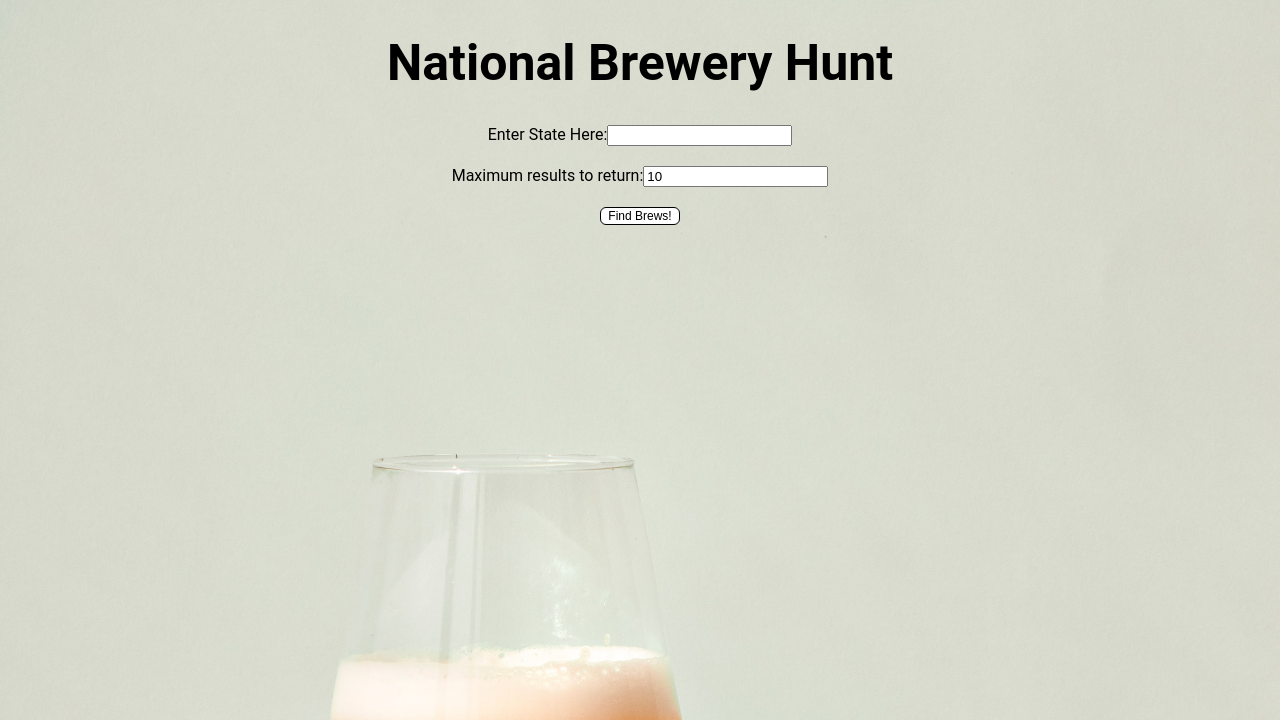
Repository: kaitlynMidori/searchBrews
Page: index.html
These files come from the project's save history. The page is drawn as it stood at one moment and after the next save; the edit follows.
The browser window is 1280 px wide. The pictures show the whole page.

Above is the page before, as saved 2021-04-24 11:48:51.

After the next save:
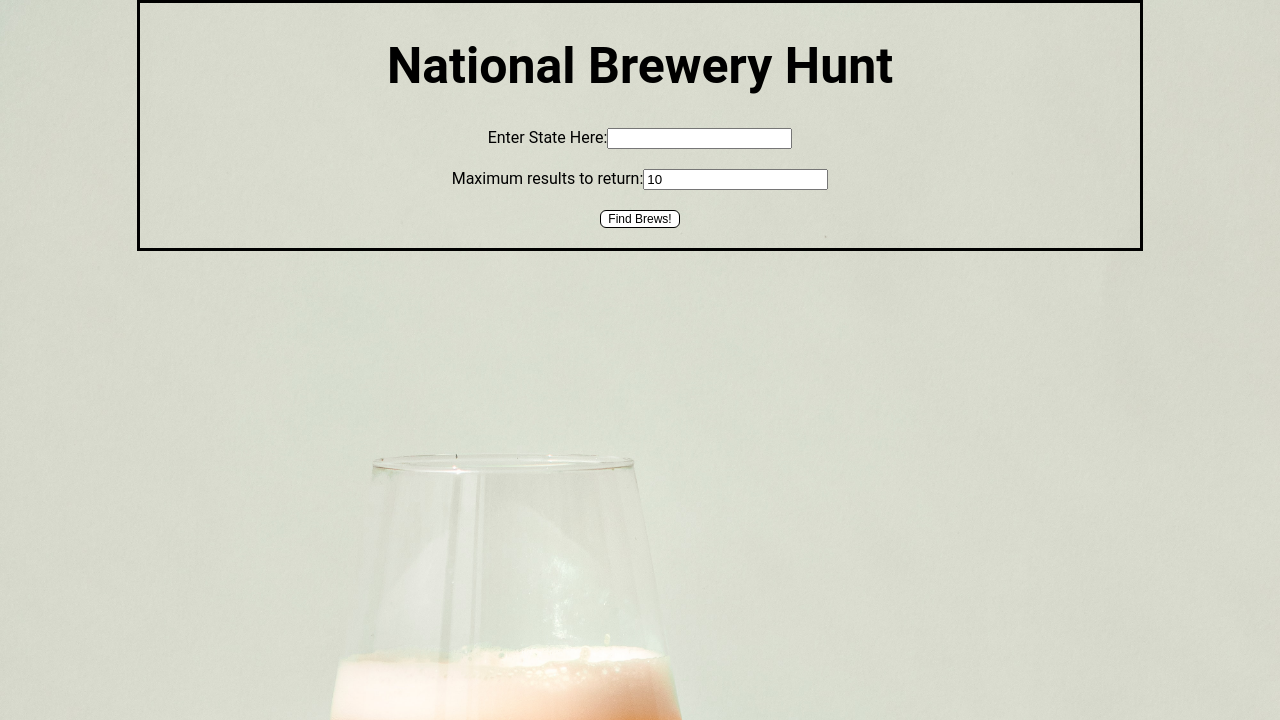
Saved 107 s later.
--- a/style.css
+++ b/style.css
@@ -10,6 +10,7 @@ body {
     background-color: black;
     width: 80%;
     max-width: 1000px;
+    border: solid;
 }
 
 
